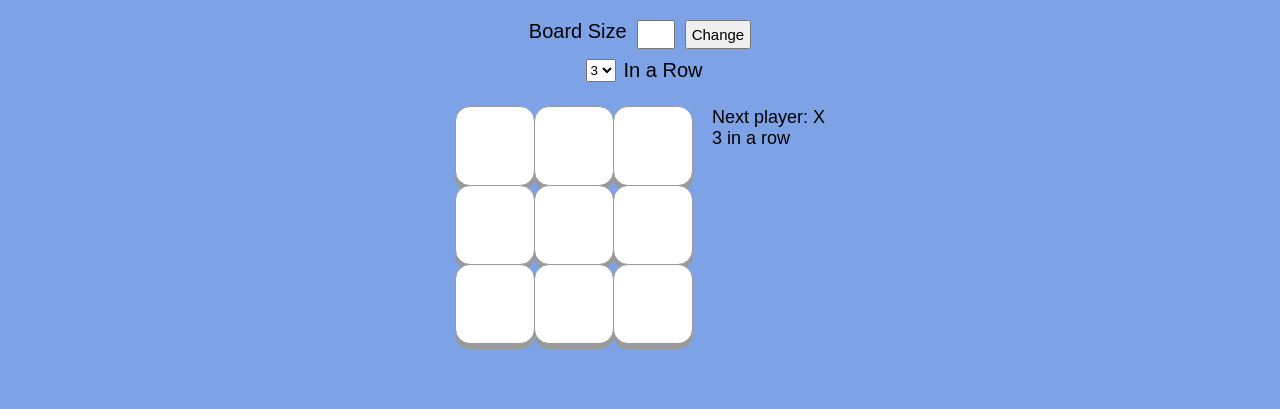
Repository: yshong211/tic-tac-toe-0708
Page: /
These files come from the project's save history. The page is drawn as it stood at one moment and after a run of saves; the edit follows.
The browser window is 1280 px wide. The pictures show the whole page.
The project was rebuilt for these pictures with package versions that can differ from the ones it lists, and the page was loaded fresh each time.

Above is the page before, as saved 2020-07-09 10:18:35.

### src/index.jsx
import React from 'react';
import ReactDOM from 'react-dom';
import './index.css';
import GetDim from './components/getDim/getDim';

// ========================================

// renders the game component to element

ReactDOM.render(<GetDim />, document.getElementById('root'));

### src/index.css
body {
  font: 18px 'Century Gothic', Futura, sans-serif; /* size, font */
  margin: 20px; /* space outside of border */
  background-color: rgb(126, 162, 230);
}

form {
  margin-bottom: 20px;
}

ol,
ul {
  padding-left: 30px; /* space b/t left border to content */
}

.board-row:after {
  clear: both;
  content: '';
  display: table;
}

.status {
  margin-bottom: 10px;
}


.square:focus {
  outline: none;
}

.kbd-navigation .square:focus {
  background: #ddd;
}

### src/components/getDim/getDim.jsx
import React from 'react';
import Game from '../game/game';
import './getDim.css';

export default class GetDim extends React.Component {
  constructor(props) {
    super(props);
    this.state = { rows: 3, winning: 3, board: [] };
    this.handleInputChange = this.handleInputChange.bind(this);
    this.handleClick = this.handleClick.bind(this);
  }

  handleInputChange(event) {
    const value = event.target.value;
    const name = event.target.name;
    this.setState({
      [name]: value,
    });
  }

  handleClick(e) {
    e.preventDefault();
    if (window.confirm('It will refresh the game! Continue?')) {
      if (this.refs.rows.value < 3 || this.refs.rows.value > 10) {
        alert('3-10 only');
      } else {
        this.setState({
          rows: this.refs.rows.value,
          board: [],
        });
      }
    }
  }

  how_many(rows) {
    let how = [];
    for (let i = 3; i <= rows; i++) {
      how.push(<option value={i}>{i}</option>);
    }
    return how;
  }

  render() {
    return (
      <div className="submission">
        <form>
          <label className="size">
            Board Size
            <br />
            <input ref="rows" type="number" />
            <button
              className="submit"
              onClick={(e) => {
                this.handleClick(e);
              }}
            >
              Change
            </button>
          </label>
        </form>

        <label className="win">
          <select
            className="win_select"
            name="winning"
            value={this.state.winning}
            onChange={this.handleInputChange}
          >
            {this.how_many(this.state.rows)}
          </select>
          In a Row
          <br />
        </label>

        <Game
          rows={parseInt(this.state.winning)}
          board_rows={parseInt(this.state.rows)}
          board={this.state.board}
        />
      </div>
    );
  }
}

### src/components/game/game.jsx
import React from 'react';
import Board from '../board/board';
import './game.css';

export default class Game extends React.Component {
  constructor(props) {
    super(props);
    this.state = {
      history: [], // track the last index
      stepNumber: 0, // count var
      xIsNext: true,
    };
  }

  hor(squares, row_length, count, x, o) {
    let index = 0;
    for (let i = 0; i < this.props.board_rows; i++) {
      for (let j = 0; j < this.props.board_rows; j++) {
        if (squares[index] === 'X') {
          x++;
          o = 0;
          count++;
        } else if (squares[index] === 'O') {
          o++;
          x = 0;
          count++;
        } else {
          count = 0;
        }
        index++;
        if (o >= row_length && count >= row_length) {
          return 'O';
        }
        if (x >= row_length && count >= row_length) {
          return 'X';
        }
      }
      x = 0;
      o = 0;
    }
  }

  vert(squares, row_length, count, x, o) {
    for (let i = 0; i < this.props.board_rows; i++) {
      for (
        let j = i;
        j < this.props.board_rows ** 2;
        j += this.props.board_rows
      ) {
        if (squares[j] === 'X') {
          x++;
          o = 0;
          count++;
        } else if (squares[j] === 'O') {
          o++;
          x = 0;
          count++;
        } else {
          count = 0;
        }
        if (o >= row_length && count >= row_length) {
          return 'O';
        }
        if (x >= row_length && count >= row_length) {
          return 'X';
        }
      }
      x = 0;
      o = 0;
    }
  }

  cross(squares, row_length, count, x, o) {
    //let track = 1;
    //let rows = this.props.board_rows;
    for (let i = row_length - 1; i < row_length ** 2 - 1; i += row_length - 1) {
      if (squares[i] === 'X') {
        x++;
      }
      if (squares[i] === 'O') {
        o++;
      }
      count++;
    }
    if (o === row_length) {
      return 'O';
    }
    if (x === row_length) {
      return 'X';
    }
    o = 0;
    x = 0;

    for (let j = row_length - 1; j < row_length ** 2 - 1; j += row_length - 1) {
      if (squares[j] === 'X') {
        x++;
      }
      if (squares[j] === 'O') {
        o++;
      }
      count++;
    }
    if (o === row_length) {
      return 'O';
    }
    if (x === row_length) {
      return 'X';
    }
    o = 0;
    x = 0;
  }

  calculateWinner(squares, rows) {
    const count = 0;
    const x = 0;
    const o = 0;
    if (
      this.hor(squares, rows, count, x, o) === 'O' ||
      this.hor(squares, rows, count, x, o) === 'X'
    ) {
      return this.hor(squares, rows, count, x, o);
    } else if (
      this.vert(squares, rows, count, x, o) === 'O' ||
      this.vert(squares, rows, count, x, o) === 'X'
    ) {
      return this.vert(squares, rows, count, x, o);
    } else if (
      this.cross(squares, rows, count, x, o) === 'O' ||
      this.cross(squares, rows, count, x, o) === 'X'
    ) {
      return this.cross(squares, rows, count, x, o);
    }

    return null;
  }

  handleClick(i) {
    const hist = this.state.history;
    const squares = this.props.board;
    const rows = this.props.rows;
    if (this.calculateWinner(squares, rows) || squares[i]) {
      // ends the game
      return;
    }
    squares[i] = this.state.xIsNext ? 'X' : 'O';
    hist.push(i);
    this.setState({
      board: squares,
      history: hist,
      stepNumber: this.state.history.length,
      xIsNext: !this.state.xIsNext, // changes turn
    });
  }

  jumpTo(history, board, step) {
    for (let i = history.length - 1; i >= step; i--) {
      board[history.pop()] = null;
    }
    this.setState({
      stepNumber: step,
      xIsNext: step % 2 === 0,
    });
  }

  render() {
    const board = this.props.board;
    const history = this.state.history;
    const rows = this.props.rows;
    const winner = this.calculateWinner(board, rows);
    const moves = history.map((step, move) => {
      const desc = move ? 'Go to move #' + move : 'Refresh';

      return (
        <li key={move}>
          <button onClick={() => this.jumpTo(history, board, move)}>
            {desc}
          </button>
        </li>
      );
    });

    let status;
    winner
      ? (status = 'Winner: ' + winner)
      : (status = 'Next player: ' + (this.state.xIsNext ? 'X' : 'O'));

    return (
      <div className="game">
        <div className="game-board">
          <Board
            rows={this.props.board_rows}
            squares={board}
            onClick={(i) => this.handleClick(i)}
          />
        </div>
        <div className="game-info">
          <div>{status}</div>
          <div>{rows} in a row</div>
          <ol>{moves}</ol>
        </div>
      </div>
    );
  }
}

### src/components/getDim/getDim.css
input {
  margin-left: 10px;
  width: 30px;
  height: 23px;
}
select {
  margin-left: 8px;
}
form {
  margin-bottom: 10px;
}
.submit {
  margin-left: 10px;
  padding: 3px 5px;
  font-size: 15px;

}
.size {
  display: flex;
  font-size: 20px;
  justify-content: center;
}
.win {
  display: flex;
  font-size: 20px;
  justify-content: center;
  align-content: flex-start;
  padding: 0px;
  /*margin-top: 5px;*/
}
.win_select {
  margin-right: 8px;
}

### src/components/board/board.jsx
import React from 'react';
import Square from '../square/square';

export default class Board extends React.Component {
  renderSquare(i) {
    return (
      <Square
        value={this.props.squares[i]}
        onClick={() => this.props.onClick(i)}
      />
    );
  }
  create_rq(start, end) {
    let rows = [];
    for (let i = start; i < end; i++) {
      rows.push(this.renderSquare(i));
    }
    return rows;
  }
  create_row(start) {
    let board_r = [];
    for (let i = 0; i < start; i++) {
      let new_r = i * start;
      let new_end = parseInt(new_r) + parseInt(start);
      board_r.push(
        <div className="board-row">{this.create_rq(new_r, new_end)}</div>
      );
    }
    return board_r;
  }
  render() {
    return <div>{this.create_row(this.props.rows)}</div>;
  }
}

### src/components/game/game.css
.game {
    margin-top: 25px;
    display: flex;
    flex-direction: row;
    justify-content: center;
  }

  .game-info {
    margin-left: 20px;
  }

### src/components/square/square.jsx
import React from 'react';
import './square.css'

export default function Square(props) {
  return (
    <button className="square" onClick={props.onClick}>
      {props.value}
    </button>
  );
}

### src/components/square/square.css
.square {
  display: inline-block;
  background: rgb(255, 255, 255);
  border: 1px solid #999;
  float: left;
  font-size: 60px;
  cursor: pointer;
  font-weight: bold;
  line-height: 80px;
  height: 80px;
  margin-right: -1px;
  margin-top: -1px;
  padding: 0;
  text-align: center;
  width: 80px;
  border-radius: 15px;
  box-shadow: 0 5px #999;
}

.square:hover {
  background-color: #e6e6fa;
}
.square:active {
  background-color: #525252;
  box-shadow: 0 5px #666;
  transform: translateY(4px);
}

Loaded but not shown: public/index.html (common file)

After the next 2 saves:
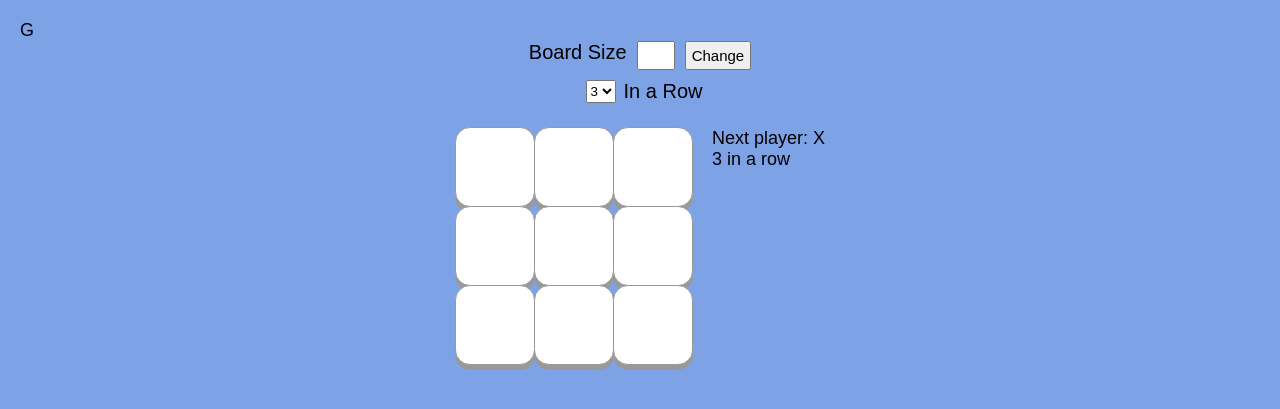
The 2 saves are shown as one change because they came seconds apart.
The last was saved 42 s later.
--- a/src/components/getDim/getDim.jsx
+++ b/src/components/getDim/getDim.jsx
@@ -43,6 +43,7 @@
   render() {
     return (
       <div className="submission">
+        G
         <form>
           <label className="size">
             Board Size

After the save that followed:
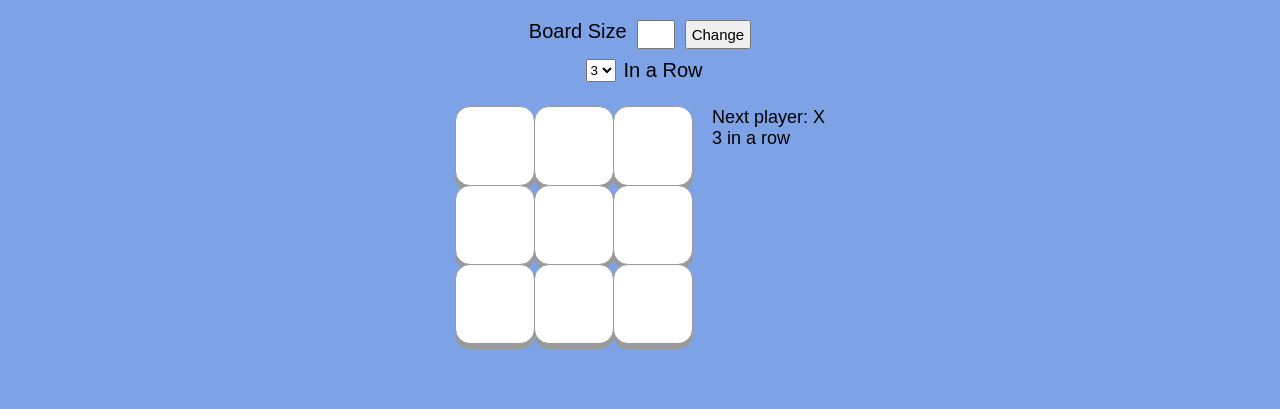
Saved 4 s later.
--- a/src/components/getDim/getDim.jsx
+++ b/src/components/getDim/getDim.jsx
@@ -43,7 +43,7 @@
   render() {
     return (
       <div className="submission">
-        G
+
         <form>
           <label className="size">
             Board Size
